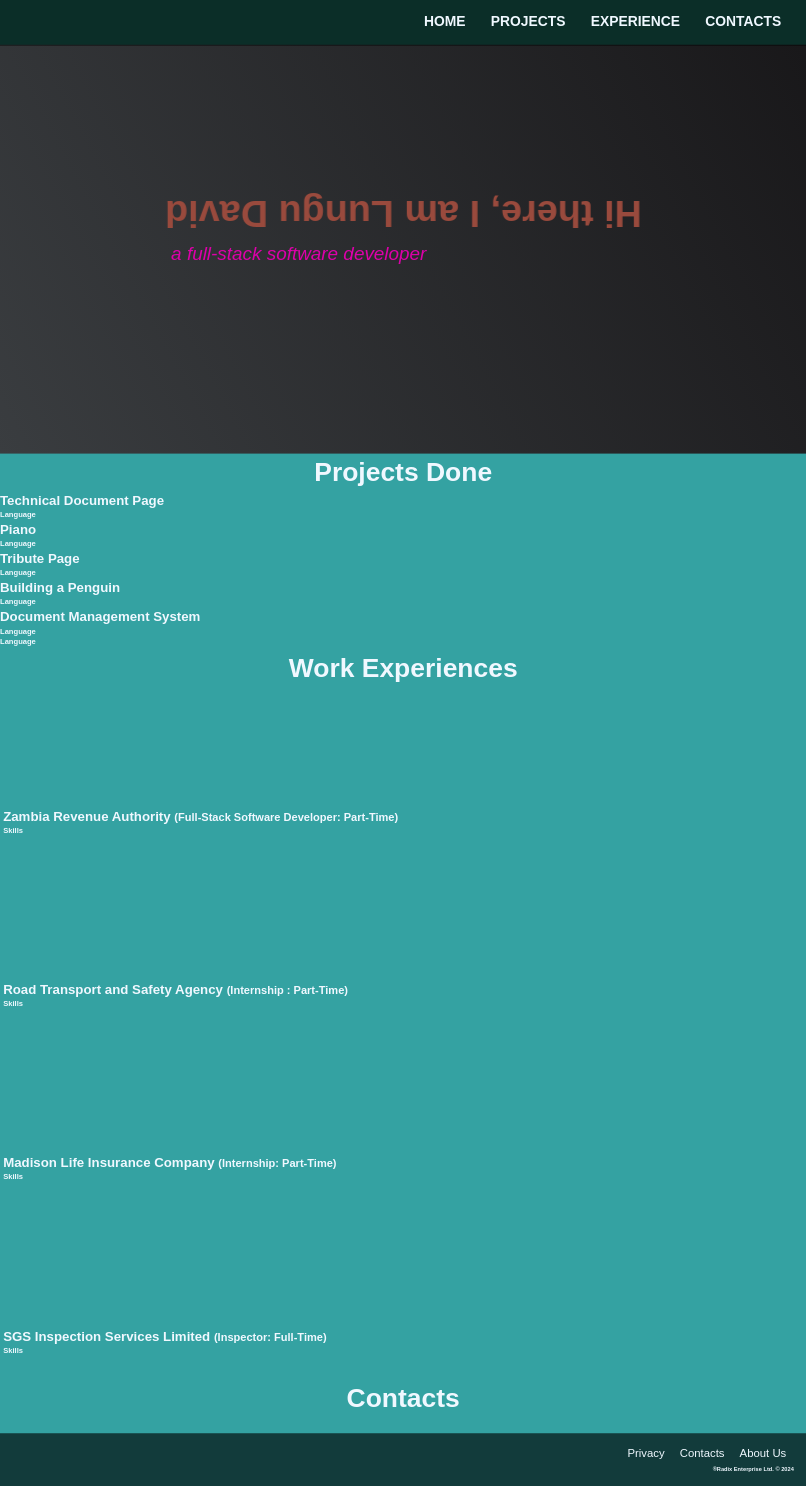
Repository: Lungdjos/personal_portifolio
Page: html/index.html
An editor plug-in stored every save of this project. The page is shown before and after the next save, followed by the edit.
The browser window is 1280 px wide. The pictures show the whole page, at 63% of full size.

Above is the page before, as saved 2024-02-02 01:24:52.

After the next save:
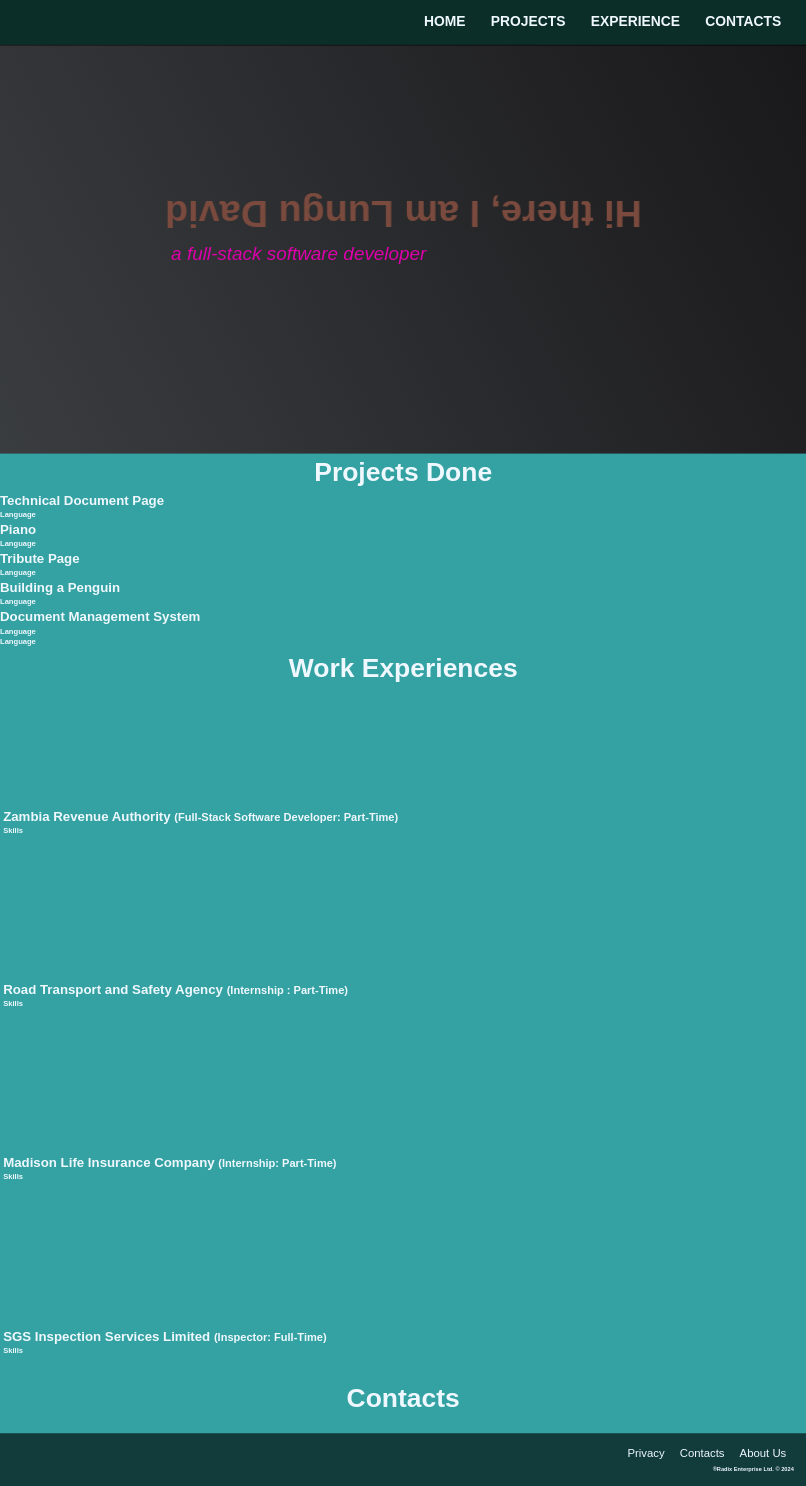
Saved 7 s later.
--- a/css/styles.css
+++ b/css/styles.css
@@ -219,7 +219,7 @@ footer>span {
     }
     50% {
         transform: rotate(360deg);
-        color: #fe6047;
+        color: #be6047;
         /* Change to the desired color */
     }
     100% {
